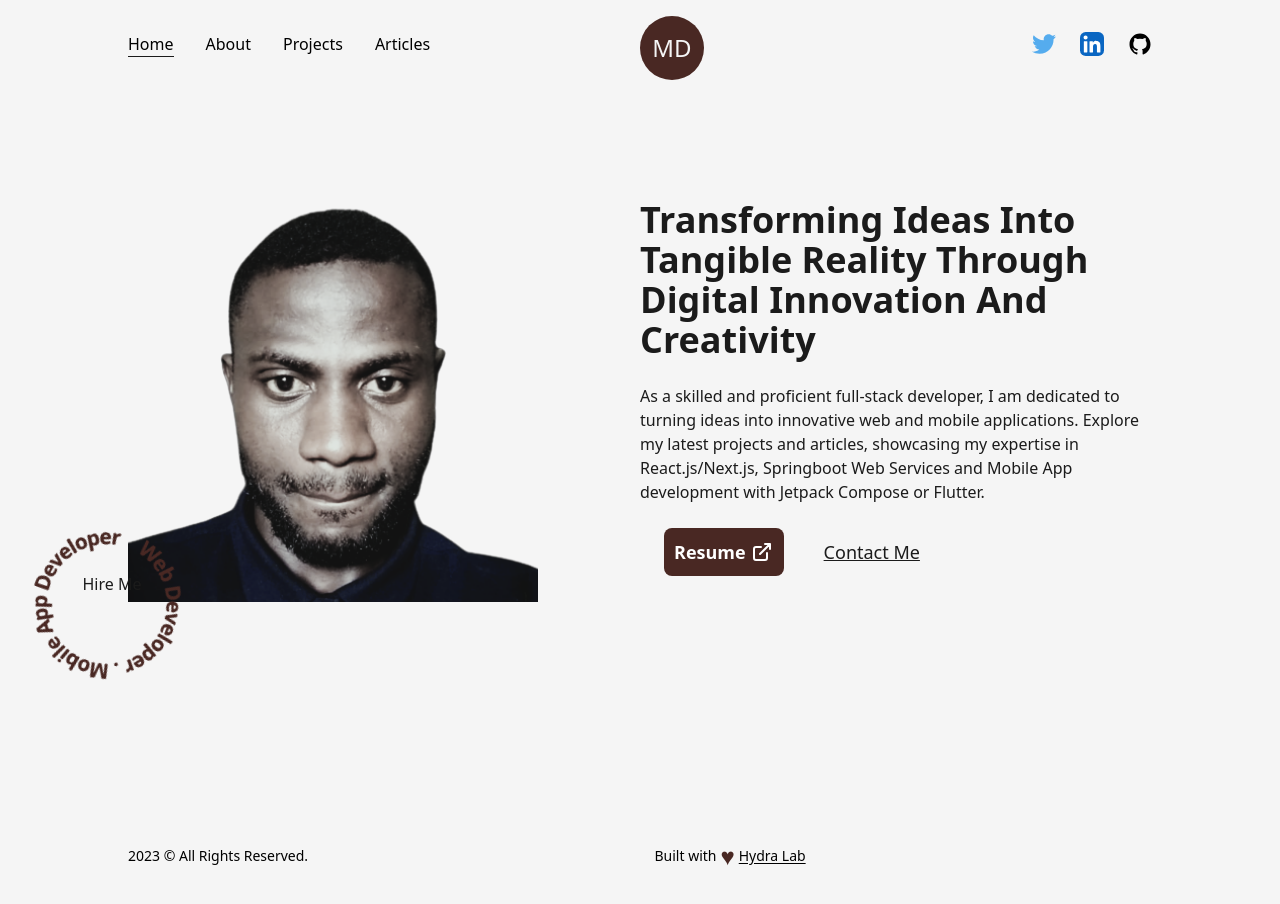
Repository: marcusdashe/situs
Page: /
An editor plug-in stored every save of this project. The page is shown before and after the next save, followed by the edit.
The browser window is 1280 px wide. The pictures show the whole page.
The project was rebuilt for these pictures with package versions that can differ from the ones it lists, and the page was loaded fresh each time. The framework's server and built-in components were replaced by stand-ins that run in the browser.

Above is the page before, as saved 2023-06-16 18:21:33.

### src/pages/_app.js
import Footer from "@/components/Footer";
import Navbar from "@/components/Navbar";
import "@/styles/globals.css";
import Head from "next/head";
// import { IBM_Plex_Sans } from "next/font/google";

// const ibm = IBM_Plex_Sans({
//   subsets: ["latin"],
//   variable: "--font-mont",
// });

export default function App({ Component, pageProps }) {
  return (
    <>
      <Head>
        <meta name="viewport" content="width=device-width, initial-scale=1" />
        <link rel="icon" href="/favicon.ico" />
      </Head>
      <main className={`  bg-light w-full min-h-screen`}>
        <Navbar />
        <Component {...pageProps} />
        <Footer />
      </main>
    </>
  );
}

### src/components/Footer.jsx
import React from "react";
import Layout from "./Layout";
import Link from "next/link";

const Footer = () => {
  return (
    <footer className="w-full border-t-1 border-solid border-primaryDark font-medium text-sm ">
      <Layout className="py-8 flex items-center justify-between">
        <span>{new Date().getFullYear()} &copy; All Rights Reserved.</span>
        <div className="flex items-center">
          Built with{" "}
          <span className="text-primaryDark text-2xl px-1">&hearts;</span>
          <Link href="/" className="underline underline-offset-2">
            Hydra Lab
          </Link>
        </div>
        <Link href="/"></Link>
      </Layout>
    </footer>
  );
};

export default Footer;

### src/components/Navbar.jsx
import React from "react";
import { useRouter } from "next/router";
import Link from "next/link";
import Logo from "./Logo";
import { TwitterIcon, GithubIcon, LinkedInIcon } from "./Icons";
import { motion } from "framer-motion";

const CustomLink = ({ href, title, className = "" }) => {
  const router = useRouter();

  return (
    <Link href={href} className={`${className} relative group`}>
      {title}
      <span
        className={`h-[1px] inline-block bg-dark absolute left-0 -bottom-0.5 group-hover:w-full transition-[width] ease duration-300 ${
          router.asPath === href ? "w-full" : "w-0"
        }`}
      >
        &nbsp;
      </span>
    </Link>
  );
};

const Navbar = () => {
  return (
    <header
      className="w-full px-32 py-8 font-medium
            flex items-center justify-between"
    >
      <nav>
        <CustomLink href="/" title="Home" className="mr-4" />
        <CustomLink href="/about" title="About" className="mx-4" />
        <CustomLink href="/projects" title="Projects" className="mx-4" />
        <CustomLink href="/articles" title="Articles" className="ml-4" />
      </nav>

      <nav className="flex items-center justify-center flex-wrap">
        <motion.a
          href="https://www.twitter.com/marcusdashe"
          target={"_blank"}
          whileHover={{
            y: -2,
          }}
          whileTap={{ scale: 0.9 }}
          className="w-6 mx-3"
        >
          <TwitterIcon className="" />
        </motion.a>
        <motion.a
          href="https://www.linkedin.com/in/marcus-dashe-15a088202"
          target={"_blank"}
          whileHover={{
            y: -2,
          }}
          whileTap={{ scale: 0.9 }}
          className="w-6 mx-3"
        >
          <LinkedInIcon />
        </motion.a>
        <motion.a
          href="https://www.github.com/marcusdashe"
          target={"_blank"}
          whileHover={{
            y: -2,
          }}
          whileTap={{ scale: 0.9 }}
          className="w-6 ml-3"
        >
          <GithubIcon />
        </motion.a>
      </nav>
      <div className="absolute left-[50%] top-2 translate-x-[-50]">
        <Logo />
      </div>
    </header>
  );
};

export default Navbar;

### src/styles/globals.css
@import url("https://fonts.googleapis.com/css2?family=IBM+Plex+Sans:ital,wght@0,100;0,200;0,300;1,100;1,200&family=Inter:wght@300;400;500;600;700;800;900&display=swap");

@tailwind base;
@tailwind components;
@tailwind utilities;

### src/components/Layout.jsx
import React from "react";

const Layout = ({ children, className = "" }) => {
  return (
    <div className={`${className} w-full inline-block z-0 bg-light p-32`}>
      {children}
    </div>
  );
};

export default Layout;

### src/components/AnimatedText.jsx
import React from "react";
import { motion } from "framer-motion";

const quote = {
  initial: {
    opacity: 1,
  },
  animate: {
    opacity: 1,
    transition: {
      delay: 0.5,
      staggerChildren: 0.08,
    },
  },
};

const singleWord = {
  initial: {
    opacity: 0,
    y: 50,
  },
  animate: {
    opacity: 1,
    y: 0,
    transition: {
      duration: 1,
    },
  },
};

const AnimatedText = ({ text, className = "" }) => {
  return (
    <div className="w-full mx-auto py-2 flex items-center justify-center text-center overflow-hidden ">
      <motion.h1
        className={`inline-block w-full text-dark font-bold capitalize text-4xl ${className}`}
        variants={quote}
        initial="initial"
        animate="animate"
      >
        {text.split(" ").map((word, index) => (
          <motion.span
            key={index}
            className="inline-block"
            variants={singleWord}
          >
            {word}&nbsp;
          </motion.span>
        ))}
      </motion.h1>
    </div>
  );
};

export default AnimatedText;

### src/components/HireMe.jsx
import React from "react";
import { CircularText } from "./Icons";
import Link from "next/link";

const HireMe = () => {
  return (
    <div className="fixed left-4 bottom-4 flex items-center justify-center overflow-hidden">
      <div className="w-48 h-auto flex items-center justify-center relative">
        <CircularText className="fill-primaryDark animate-spin-slow" />

        <Link
          href="mailto:marcusdashe.developer@gmail.com"
          className="flex item-center justify-center absolute left-1/2 top-1/2 -translate-x-1/2 -translate-y-1/2"
        >
          Hire Me
        </Link>
      </div>
    </div>
  );
};

export default HireMe;

### src/components/Logo.jsx
"use client";

import React from "react";
import Link from "next/link";
import { motion } from "framer-motion";

const MotionLink = motion(Link);

const Logo = () => {
  return (
    <div className="flex items-center justify-center mt-2">
      <MotionLink
        href="/"
        className="w-16 h-16 bg-primaryDark text-light flex items-center
        justify-center rounded-full text-2xl  hover
      "
        whileHover={{
          scale: 1.5,
          backgroundColor: [
            "#121212",
            "rgba(131,58,180,1)",
            "rgba(253,29,29,1)",
            "rgba(252,176,69,1)",
            "rgba(131,58,180,1)",
            "#121212",
          ],
          transition: {
            duration: 1,
            repeat: Infinity,
          },
        }}
      >
        MD
      </MotionLink>
    </div>
  );
};

export default Logo;

Loaded but not shown: src/pages/index.js (67 lines, source omitted); tailwind.config.js (30 lines, source omitted); src/components/Icons.jsx (474 lines, source omitted)

After the next save:
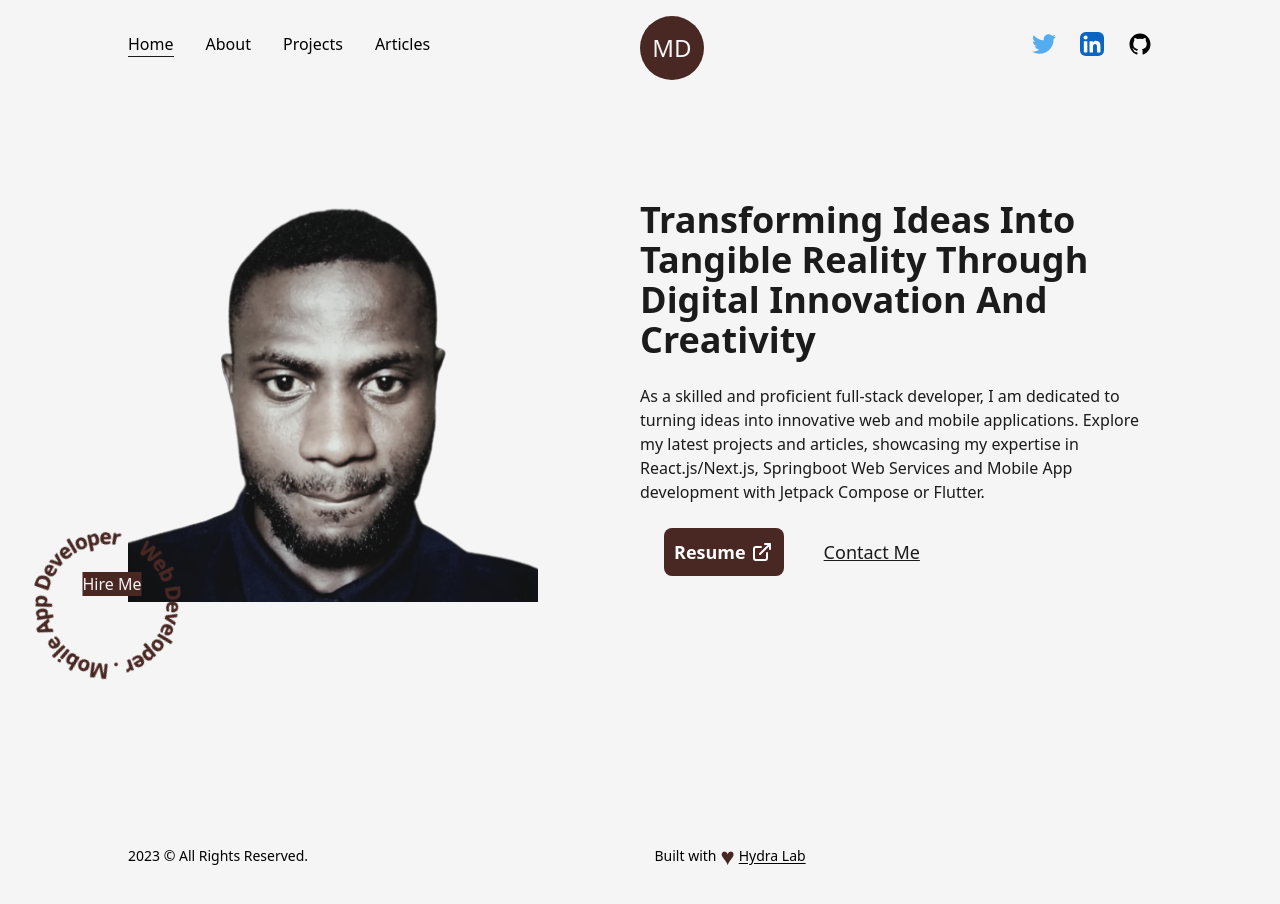
Saved 74 s later.
--- a/src/components/HireMe.jsx
+++ b/src/components/HireMe.jsx
@@ -10,7 +10,7 @@ const HireMe = () => {
 
         <Link
           href="mailto:marcusdashe.developer@gmail.com"
-          className="flex item-center justify-center absolute left-1/2 top-1/2 -translate-x-1/2 -translate-y-1/2"
+          className="flex item-center justify-center absolute left-1/2 top-1/2 -translate-x-1/2 -translate-y-1/2 bg-primaryDark text-light"
         >
           Hire Me
         </Link>
